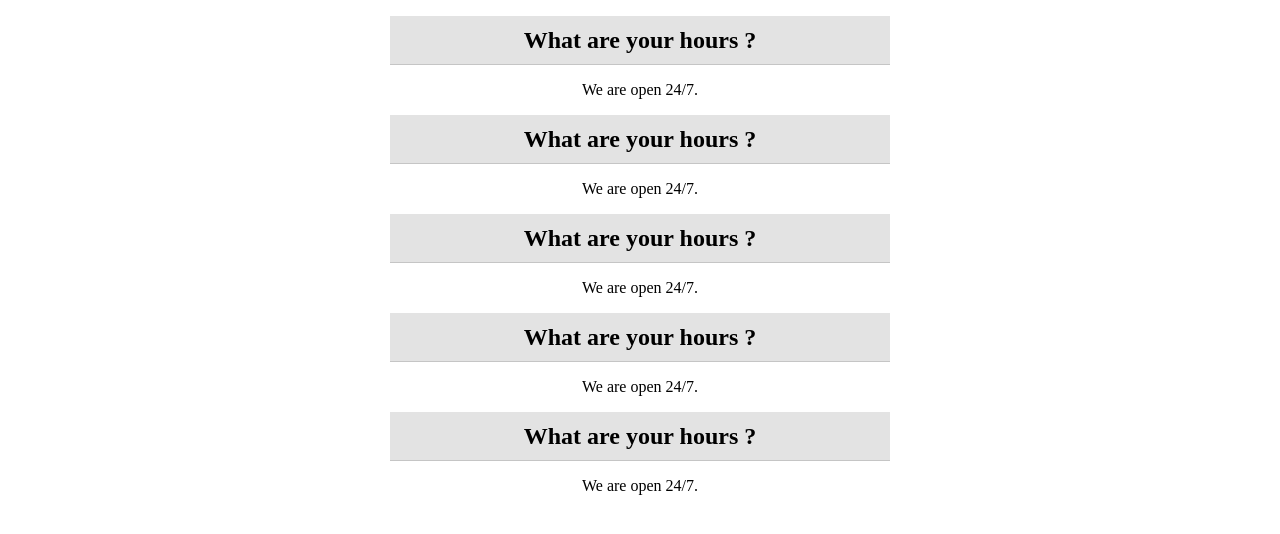
Repository: nema38/30DaysTrainning
Page: 30Days05/index.html
The author's editor kept a copy of each file at every save. The page is drawn from the files as they stood at one save, then again after the next save.
The browser window is 1280 px wide. The pictures show the whole page.
Some web libraries are served in a nearby version.

Above is the page before, as saved 2014-04-14 20:48:05.

After the next save:
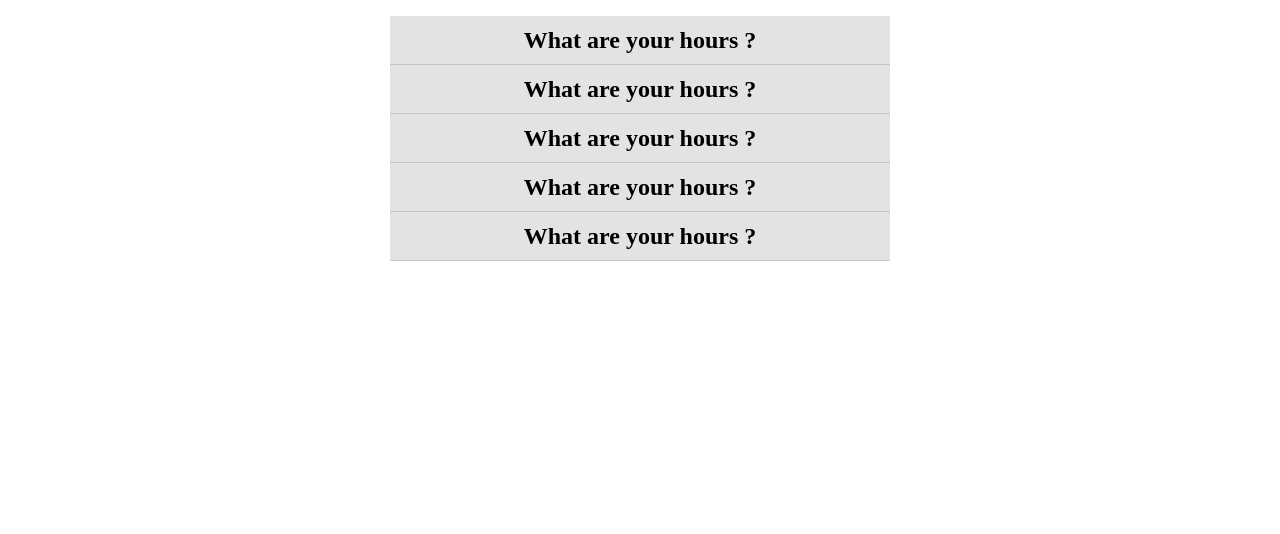
Saved 22 h 50 min later.
--- a/30Days05/index.html
+++ b/30Days05/index.html
@@ -24,7 +24,12 @@
 		<script src="http://ajax.googleapis.com/ajax/libs/jquery/1.11.0/jquery.min.js">
 		</script>
 		<script>
+			(function() {
+				var dd = $('dd');
 
+				dd.hide();
+
+			})();
 		</script>
 	</body>
 </html>
